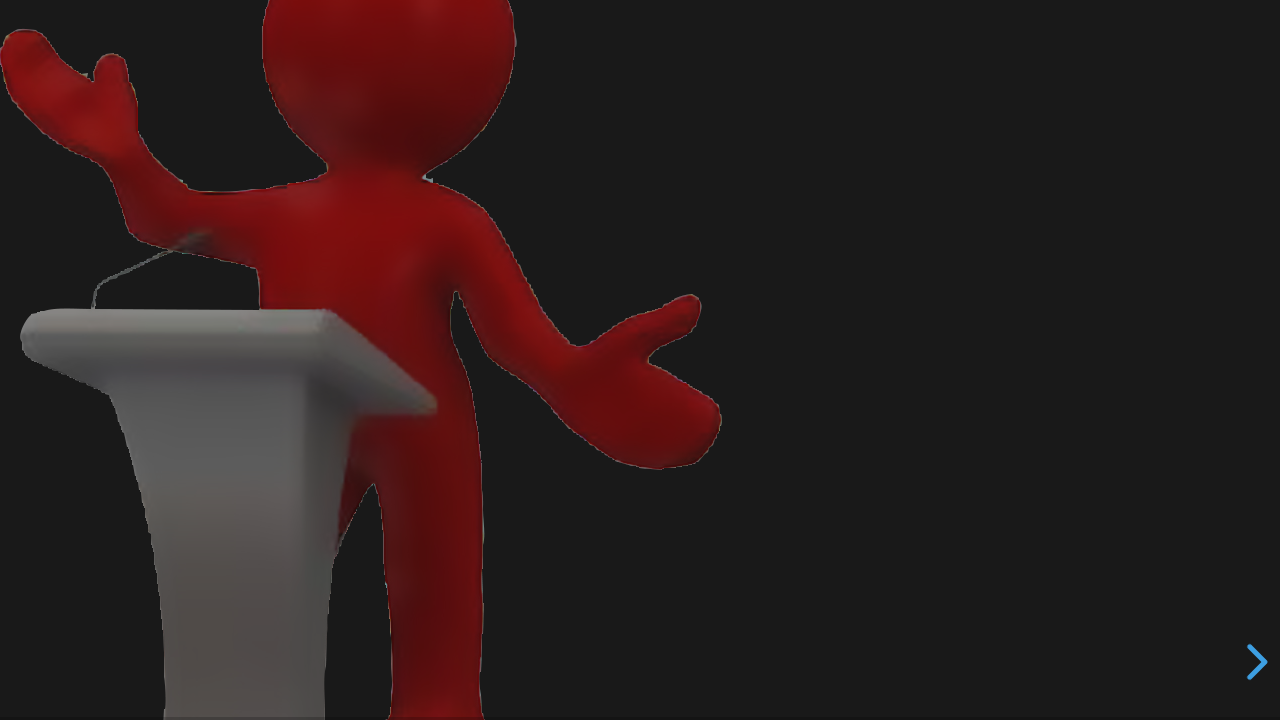
Repository: cutesquirrel/pres-college
Page: index.html
The author's editor kept a copy of each file at every save. The page is drawn from the files as they stood at one save, then again after the next save.
The browser window is 1280 px wide. The pictures show the whole page.

Above is the page before, as saved 2024-03-31 10:45:51.

### index.html
<!doctype html>
<html lang="en">
	<head>
		<meta charset="utf-8">
		<meta name="viewport" content="width=device-width, initial-scale=1.0, maximum-scale=1.0, user-scalable=no">

		<title>reveal.js</title>

		<link rel="stylesheet" href="dist/reset.css">
		<link rel="stylesheet" href="dist/reveal.css">
		<link rel="stylesheet" href="dist/theme/black.css">

		<!-- Theme used for syntax highlighted code -->
		<link rel="stylesheet" href="plugin/highlight/monokai.css">
		<link rel="stylesheet" href="custom.css">
	</head>
	<body>
		<div class="reveal">
			<div class="slides">
				<section data-background-image="./whoami.png" data-background-size="722px" data-background-position="left" data-background-repeat="no-repeat" data-background-opacity="0.5">
					<h2 class="animate-text">Bienvenue !</h2>
				</section>
				<section data-background-image="./whoami.png" data-background-size="722px" data-background-position="left" data-background-repeat="no-repeat" data-background-opacity="0.5">
					<h2>Qui suis-je ?</h2>
				</section>
				<section data-background-image="./fond_dev.png" >
					<h2>Développement ?</h2>
				</section>
				<section>

					<h2>Idées de thèmes</h2>
					<ul class="r-fit-text">
<li class="fragment fade-left">Les différentes activités réalisées dans votre travail
Développement Web
Gestion de projet
Management d'équipe
Travailler avec les fournisseurs : hébergeur, avis clients par ex, réseaux sociaux
Réunions d'équipe : qui travaille sur quoi ?
Réunions pour préparer des nouveaux projets
Réunions de crise : gros souci sur un site, on ne vend plus ? panique à bord ?


</li>
<li class="fragment fade-left">Description d'une journée type
	Je dirige une équipe de 8 personnes, coupée en 3 : une partie à Aix, l'autre à Montpellier, 1 en Bretagne
	On utilise donc beaucoup Slack, un outil pour communiquer entre nous, comme WhatsApp
Outils de chat : 2
</li>

<li class="fragment fade-left">les horaires de travail -

	9h-12h/14h-18h environ</li>

<li class="fragment fade-left">lieu(x) d’exercice du métier:

	dans l'entreprise, à Aix, ou en télétravail 2j/semaine</li>

<li class="fragment fade-left">les qualités et compétences demandées
	passioné par le développement
  curieux, inventif
	aimer travailler en équipe
	autonôme parfois
</li>

<li class="fragment fade-left">votre parcours de formation
ESIGELEC, école d'ingénieur généraliste.
Plein d'autres formations possibles : EPITECH, l'école 42, BTS, BUT, formation de reconversion


</li>
<li class="fragment fade-left">la place de l’anglais dans votre profession</li>
<li class="fragment fade-left">L’éducation nationale s’engage pour le développement durable et la transition écologique :
	la question de l’environnement est au coeur des nouveaux programme du lycée.

	parler de la question de la consommation énergétique
	Green IT ?
  Netflix, moteurs de recherche comme Google, l'intelligence articielle, le bitcoin - consommation énergétique monstrueuse


</li>
<li class="fragment fade-left">Entreprise ? égalité fille/ garçon: la part des femmes et des hommes dans votre entreprise

	Parmi les développeurs/euses, il y a encore peu de femmes.
	La preuve, je n'ai qu'une femme dans mon équipe sur 8 personnes...

	Par contre, au service marketing, dont je fais partie, c'est principalement des femmes :
	   graphistes, designeuses
	   community manager
		 responsable produit
		 ventes

  De nombreuses initiatives existent pour promouvoir la place de la femme dans ce métier.

</li>
					</ul>

TROUVER QQ PHOTOS HOMAIR
QQ PHOTOS AGREMENTANT LA PRESENTATION

				</section>
				<section>
					<section>Slide 2.1</section>
					<section>Slide 2.2</section>
				</section>
				<section data-transition="convex">
					<h3>data-transition: convex</h3>
				</section>
				<section data-background="indigo">
					<h2>Scroll triggered fragments</h2>
					<ul>
						<li class="fragment fade-left">Step one</li>
						<li class="fragment fade-left">Step two</li>
						<li class="fragment fade-left">Step three</li>
					</ul>
				</section>
			</div>
		</div>

		<script src="dist/reveal.js"></script>
		<script src="plugin/notes/notes.js"></script>
		<script src="plugin/markdown/markdown.js"></script>
		<script src="plugin/highlight/highlight.js"></script>
		<script>
			// More info about initialization & config:
			// - https://revealjs.com/initialization/
			// - https://revealjs.com/config/
			Reveal.initialize({
				hash: true,

				// Learn about plugins: https://revealjs.com/plugins/
				plugins: [ RevealMarkdown, RevealHighlight, RevealNotes ]
			});
		</script>
	</body>
</html>

### dist/theme/black.css
/**
 * Black theme for reveal.js. This is the opposite of the 'white' theme.
 *
 * By Hakim El Hattab, http://hakim.se
 */
@import url(./fonts/source-sans-pro/source-sans-pro.css);
section.has-light-background, section.has-light-background h1, section.has-light-background h2, section.has-light-background h3, section.has-light-background h4, section.has-light-background h5, section.has-light-background h6 {
  color: #222;
}

/*********************************************
 * GLOBAL STYLES
 *********************************************/
:root {
  --r-background-color: #191919;
  --r-main-font: Source Sans Pro, Helvetica, sans-serif;
  --r-main-font-size: 42px;
  --r-main-color: #fff;
  --r-block-margin: 20px;
  --r-heading-margin: 0 0 20px 0;
  --r-heading-font: Source Sans Pro, Helvetica, sans-serif;
  --r-heading-color: #fff;
  --r-heading-line-height: 1.2;
  --r-heading-letter-spacing: normal;
  --r-heading-text-transform: uppercase;
  --r-heading-text-shadow: none;
  --r-heading-font-weight: 600;
  --r-heading1-text-shadow: none;
  --r-heading1-size: 2.5em;
  --r-heading2-size: 1.6em;
  --r-heading3-size: 1.3em;
  --r-heading4-size: 1em;
  --r-code-font: monospace;
  --r-link-color: #42affa;
  --r-link-color-dark: #068de9;
  --r-link-color-hover: #8dcffc;
  --r-selection-background-color: rgba(66, 175, 250, 0.75);
  --r-selection-color: #fff;
  --r-overlay-element-bg-color: 240, 240, 240;
  --r-overlay-element-fg-color: 0, 0, 0;
}

.reveal-viewport {
  background: #191919;
  background-color: var(--r-background-color);
}

.reveal {
  font-family: var(--r-main-font);
  font-size: var(--r-main-font-size);
  font-weight: normal;
  color: var(--r-main-color);
}

.reveal ::selection {
  color: var(--r-selection-color);
  background: var(--r-selection-background-color);
  text-shadow: none;
}

.reveal ::-moz-selection {
  color: var(--r-selection-color);
  background: var(--r-selection-background-color);
  text-shadow: none;
}

.reveal .slides section,
.reveal .slides section > section {
  line-height: 1.3;
  font-weight: inherit;
}

/*********************************************
 * HEADERS
 *********************************************/
.reveal h1,
.reveal h2,
.reveal h3,
.reveal h4,
.reveal h5,
.reveal h6 {
  margin: var(--r-heading-margin);
  color: var(--r-heading-color);
  font-family: var(--r-heading-font);
  font-weight: var(--r-heading-font-weight);
  line-height: var(--r-heading-line-height);
  letter-spacing: var(--r-heading-letter-spacing);
  text-transform: var(--r-heading-text-transform);
  text-shadow: var(--r-heading-text-shadow);
  word-wrap: break-word;
}

.reveal h1 {
  font-size: var(--r-heading1-size);
}

.reveal h2 {
  font-size: var(--r-heading2-size);
}

.reveal h3 {
  font-size: var(--r-heading3-size);
}

.reveal h4 {
  font-size: var(--r-heading4-size);
}

.reveal h1 {
  text-shadow: var(--r-heading1-text-shadow);
}

/*********************************************
 * OTHER
 *********************************************/
.reveal p {
  margin: var(--r-block-margin) 0;
  line-height: 1.3;
}

/* Remove trailing margins after titles */
.reveal h1:last-child,
.reveal h2:last-child,
.reveal h3:last-child,
.reveal h4:last-child,
.reveal h5:last-child,
.reveal h6:last-child {
  margin-bottom: 0;
}

/* Ensure certain elements are never larger than the slide itself */
.reveal img,
.reveal video,
.reveal iframe {
  max-width: 95%;
  max-height: 95%;
}

.reveal strong,
.reveal b {
  font-weight: bold;
}

.reveal em {
  font-style: italic;
}

.reveal ol,
.reveal dl,
.reveal ul {
  display: inline-block;
  text-align: left;
  margin: 0 0 0 1em;
}

.reveal ol {
  list-style-type: decimal;
}

.reveal ul {
  list-style-type: disc;
}

.reveal ul ul {
  list-style-type: square;
}

.reveal ul ul ul {
  list-style-type: circle;
}

.reveal ul ul,
.reveal ul ol,
.reveal ol ol,
.reveal ol ul {
  display: block;
  margin-left: 40px;
}

.reveal dt {
  font-weight: bold;
}

.reveal dd {
  margin-left: 40px;
}

.reveal blockquote {
  display: block;
  position: relative;
  width: 70%;
  margin: var(--r-block-margin) auto;
  padding: 5px;
  font-style: italic;
  background: rgba(255, 255, 255, 0.05);
  box-shadow: 0px 0px 2px rgba(0, 0, 0, 0.2);
}

.reveal blockquote p:first-child,
.reveal blockquote p:last-child {
  display: inline-block;
}

.reveal q {
  font-style: italic;
}

.reveal pre {
  display: block;
  position: relative;
  width: 90%;
  margin: var(--r-block-margin) auto;
  text-align: left;
  font-size: 0.55em;
  font-family: var(--r-code-font);
  line-height: 1.2em;
  word-wrap: break-word;
  box-shadow: 0px 5px 15px rgba(0, 0, 0, 0.15);
}

.reveal code {
  font-family: var(--r-code-font);
  text-transform: none;
  tab-size: 2;
}

.reveal pre code {
  display: block;
  padding: 5px;
  overflow: auto;
  max-height: 400px;
  word-wrap: normal;
}

.reveal .code-wrapper {
  white-space: normal;
}

.reveal .code-wrapper code {
  white-space: pre;
}

.reveal table {
  margin: auto;
  border-collapse: collapse;
  border-spacing: 0;
}

.reveal table th {
  font-weight: bold;
}

.reveal table th,
.reveal table td {
  text-align: left;
  padding: 0.2em 0.5em 0.2em 0.5em;
  border-bottom: 1px solid;
}

.reveal table th[align=center],
.reveal table td[align=center] {
  text-align: center;
}

.reveal table th[align=right],
.reveal table td[align=right] {
  text-align: right;
}

.reveal table tbody tr:last-child th,
.reveal table tbody tr:last-child td {
  border-bottom: none;
}

.reveal sup {
  vertical-align: super;
  font-size: smaller;
}

.reveal sub {
  vertical-align: sub;
  font-size: smaller;
}

.reveal small {
  display: inline-block;
  font-size: 0.6em;
  line-height: 1.2em;
  vertical-align: top;
}

.reveal small * {
  vertical-align: top;
}

.reveal img {
  margin: var(--r-block-margin) 0;
}

/*********************************************
 * LINKS
 *********************************************/
.reveal a {
  color: var(--r-link-color);
  text-decoration: none;
  transition: color 0.15s ease;
}

.reveal a:hover {
  color: var(--r-link-color-hover);
  text-shadow: none;
  border: none;
}

.reveal .roll span:after {
  color: #fff;
  background: var(--r-link-color-dark);
}

/*********************************************
 * Frame helper
 *********************************************/
.reveal .r-frame {
  border: 4px solid var(--r-main-color);
  box-shadow: 0 0 10px rgba(0, 0, 0, 0.15);
}

.reveal a .r-frame {
  transition: all 0.15s linear;
}

.reveal a:hover .r-frame {
  border-color: var(--r-link-color);
  box-shadow: 0 0 20px rgba(0, 0, 0, 0.55);
}

/*********************************************
 * NAVIGATION CONTROLS
 *********************************************/
.reveal .controls {
  color: var(--r-link-color);
}

/*********************************************
 * PROGRESS BAR
 *********************************************/
.reveal .progress {
  background: rgba(0, 0, 0, 0.2);
  color: var(--r-link-color);
}

/*********************************************
 * PRINT BACKGROUND
 *********************************************/
@media print {
  .backgrounds {
    background-color: var(--r-background-color);
  }
}

### plugin/highlight/monokai.css
/*
Monokai style - ported by Luigi Maselli - http://grigio.org
*/

.hljs {
  display: block;
  overflow-x: auto;
  padding: 0.5em;
  background: #272822;
  color: #ddd;
}

.hljs-tag,
.hljs-keyword,
.hljs-selector-tag,
.hljs-literal,
.hljs-strong,
.hljs-name {
  color: #f92672;
}

.hljs-code {
  color: #66d9ef;
}

.hljs-class .hljs-title {
  color: white;
}

.hljs-attribute,
.hljs-symbol,
.hljs-regexp,
.hljs-link {
  color: #bf79db;
}

.hljs-string,
.hljs-bullet,
.hljs-subst,
.hljs-title,
.hljs-section,
.hljs-emphasis,
.hljs-type,
.hljs-built_in,
.hljs-builtin-name,
.hljs-selector-attr,
.hljs-selector-pseudo,
.hljs-addition,
.hljs-variable,
.hljs-template-tag,
.hljs-template-variable {
  color: #a6e22e;
}

.hljs-comment,
.hljs-quote,
.hljs-deletion,
.hljs-meta {
  color: #75715e;
}

.hljs-keyword,
.hljs-selector-tag,
.hljs-literal,
.hljs-doctag,
.hljs-title,
.hljs-section,
.hljs-type,
.hljs-selector-id {
  font-weight: bold;
}

### custom.css
/* effet machine à écrire (SIMPLE) */
.animate-text {
	visibility:hidden;
  font-family:"courier",sans-serif;
  color:black;
}

/* déco */
.animate-text {
  width:250px; /* pour visualiser le passage a la ligne */
  border:1px dashed #ccc;
}

/* effet machine à écrire + animation CSS (SPECIAL) */
/*
.animate-text span {
	display:inline-block;
  color:purple;
  animation:fade-in 0.8s ease-in-out 1;
	animation-fill-mode: forwards;
}
@keyframes fade-in {
	0% { opacity:0; font-size:0; xxmargin-left:100px; }
  100% { opacity:1; xxfont-size:300%; xxtransform:rotate(360deg); margin-left:0; }
}
*/

### custom.js
/* ------------------------- */
/* Version en JavaScript pur */
/* ------------------------- */
'use strict'
window.addEventListener('DOMContentLoaded', (event) => {
  animate_text()
})
// -------------------
function animate_text() {
  let delay = 100,
    delay_start = 0,
    contents,
    letters

  document.querySelectorAll('.animate-text').forEach(function (elem) {
    contents = elem.textContent.trim()
    elem.textContent = ''
    letters = contents.split('')
    elem.style.visibility = 'visible'

    letters.forEach(function (letter, index_1) {
      setTimeout(function () {
        // ---------
        // effet machine à écrire (SIMPLE)
        elem.textContent += letter
        // ---------
        // OU :
        // effet machine à écrire + animation CSS (SPECIAL)
        /*
        var span = document.createElement('span');
        span.innerHTML = letter.replace(/ /,'&nbsp;');
        elem.appendChild(span);
*/
        // ---------
      }, delay_start + delay * index_1)
    })
    delay_start += delay * letters.length
  })
}

/* ------------------------- */
/* version jQuery */
/* ------------------------- */
/*
"use strict";
$(document).ready(function() {
  animate_text();
});
// -------------------
function animate_text()
{
  let delay = 100,
      delay_start = 0,
      contents,
      letters;

  $(".animate-text").each(function(index, obj) {
    contents = $(obj).text().trim();
    $(obj).html(''); // on vide le contenu
    letters = contents.split("");
    $(letters).each(function(index_1, letter) {
      setTimeout(function() {
        // ---------
        // effet machine à écrire simple
        $(obj).html( $(obj).html() + letter ); // on ajoute chaque lettre l une après l autre
        // ---------
        // ---------
      }, delay_start + delay * index_1);
    });
    // le suivant démarre à la fin du précédent
    delay_start += delay * letters.length;
  });
}
*/

Loaded but not shown: dist/reset.css (common file); dist/reveal.css (library); dist/reveal.js (library); plugin/notes/notes.js (library); plugin/markdown/markdown.js (library); plugin/highlight/highlight.js (library); dist/theme/fonts/source-sans-pro/source-sans-pro.css (common file)

After the next save:
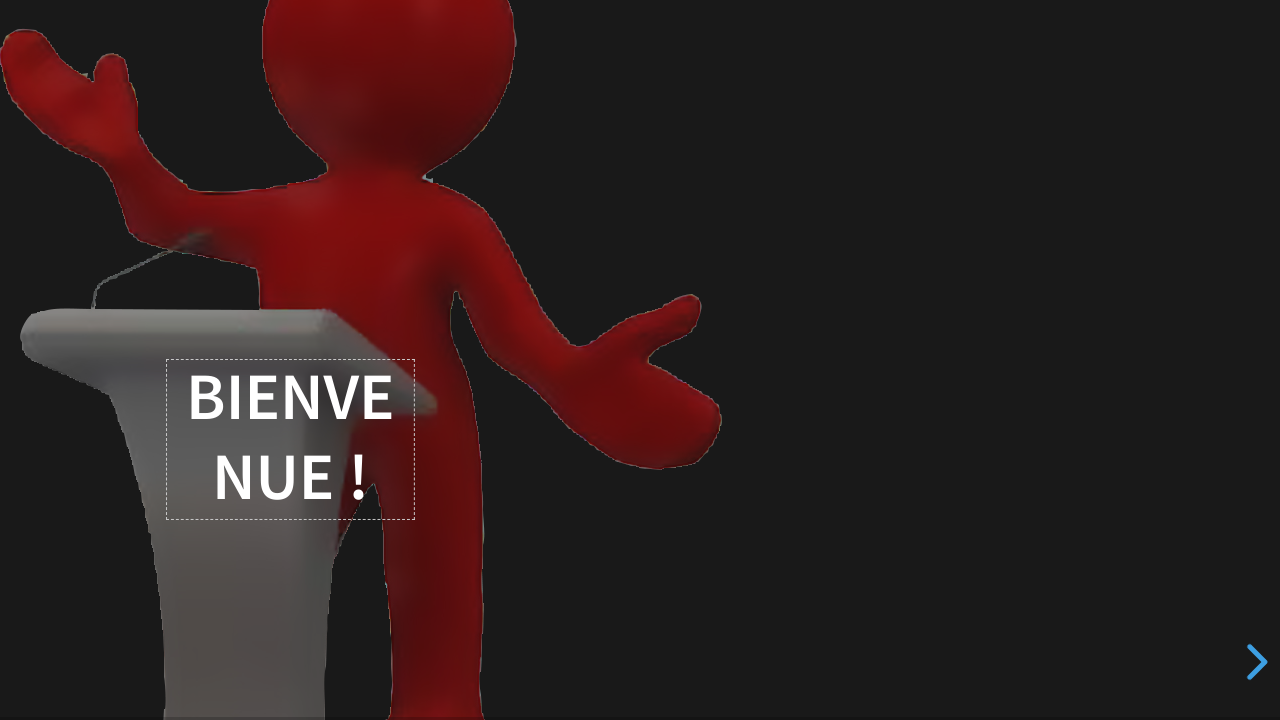
Saved 15 s later.
--- a/index.html
+++ b/index.html
@@ -131,5 +131,6 @@ QQ PHOTOS AGREMENTANT LA PRESENTATION
 				plugins: [ RevealMarkdown, RevealHighlight, RevealNotes ]
 			});
 		</script>
+		<script src="custom.js"></script>
 	</body>
 </html>
